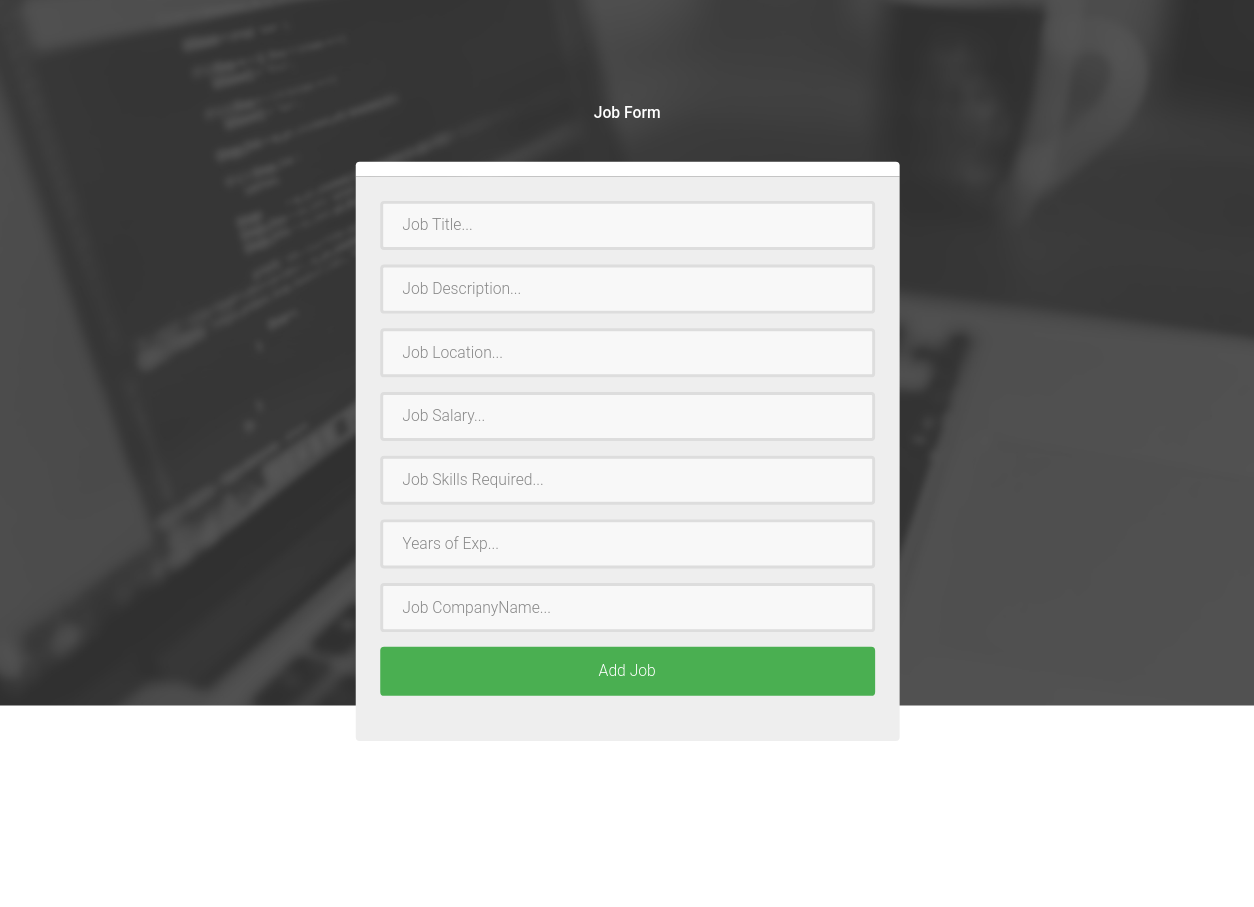
Repository: Abhi2097/Collab
Page: Final Commit of Project 2/Project 2/Frontend_Collab/WebContent/views/jobform.html
The author's editor kept a copy of each file at every save. The page is drawn from the files as they stood at one save, then again after the next save.
The browser window is 1280 px wide. The pictures show the whole page, at 98% of full size.

Above is the page before, as saved 2018-11-28 04:54:00.

After the next save:
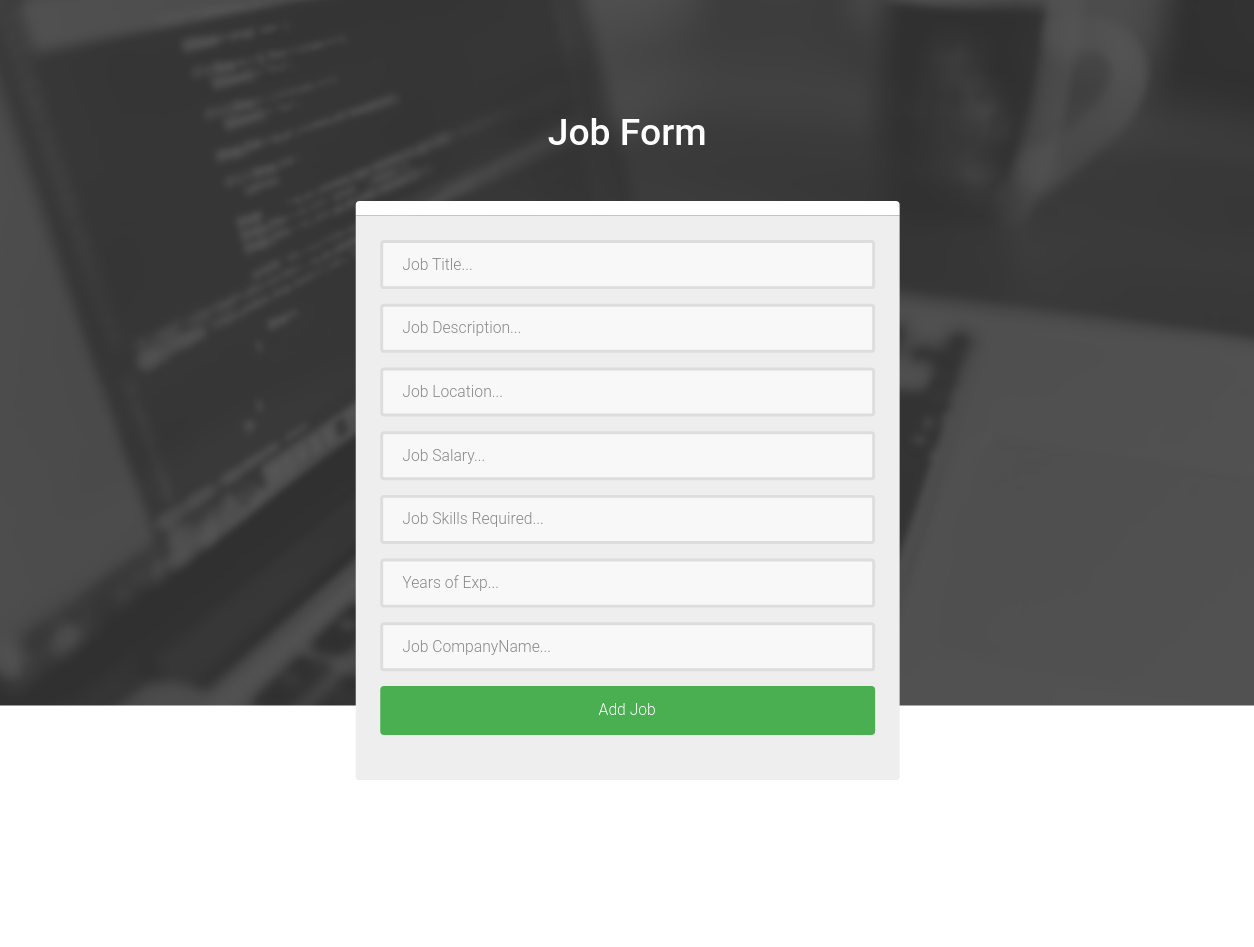
Saved 84 s later.
--- a/Final Commit of Project 2/Project 2/Frontend_Collab/WebContent/views/jobform.html
+++ b/Final Commit of Project 2/Project 2/Frontend_Collab/WebContent/views/jobform.html
@@ -8,16 +8,13 @@
         <link rel="stylesheet" href="assets/css/style.css">
     </head>
      <body>
-
-        <!-- Top content -->
         <div class="top-content">
 
             <div class="inner-bg">
                 <div class="container">
                     <div class="row">
                         <div class="col-sm-8 col-sm-offset-2 text">
-                            <strong>Job Form</strong>
-
+                           <h1><strong>Job Form</strong></h1>
                         </div>
                     </div>
                     <div class="row">
